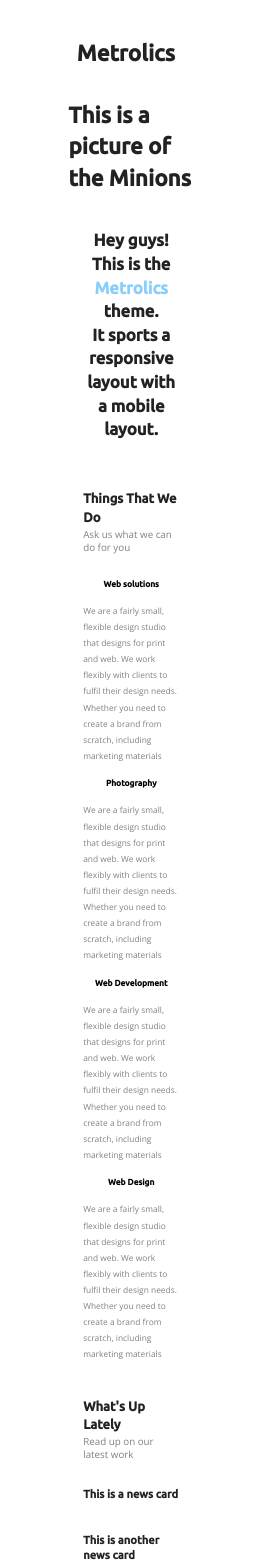
Repository: kennyharman/Marlowe_Kenny_Lab_02B
Page: index.html
An editor plug-in stored every save of this project. The page is shown before and after the next save, followed by the edit.
The browser window is 375 px wide. The pictures show the part of the page from y = 0 to 2240 px (the page is 4208 px tall before and 3500 px after), at 70% of full size.

Above is the page before, as saved 2024-02-05 16:06:57.

After the next save:
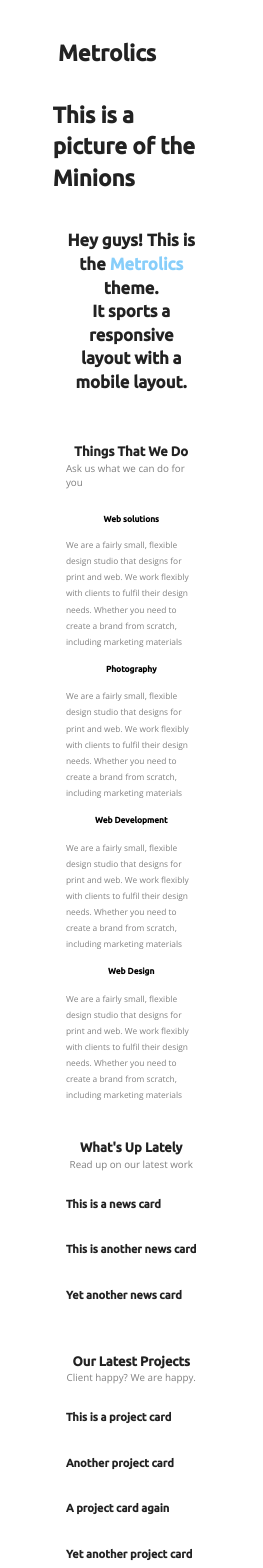
Saved 45 s later.
--- a/css/style.css
+++ b/css/style.css
@@ -333,6 +333,18 @@ p {
 
 /* Small only */
 @media screen and (max-width: 39.9375em) {
+  .page__header,
+.banner-header,
+.page__section,
+.section-services,
+.section-work,
+.section-projects,
+.section-misc,
+.section-affiliates,
+.footer {
+  margin: auto;
+  width: 75%;
+}
   .header__menu-nav {
     display: none;
   }
